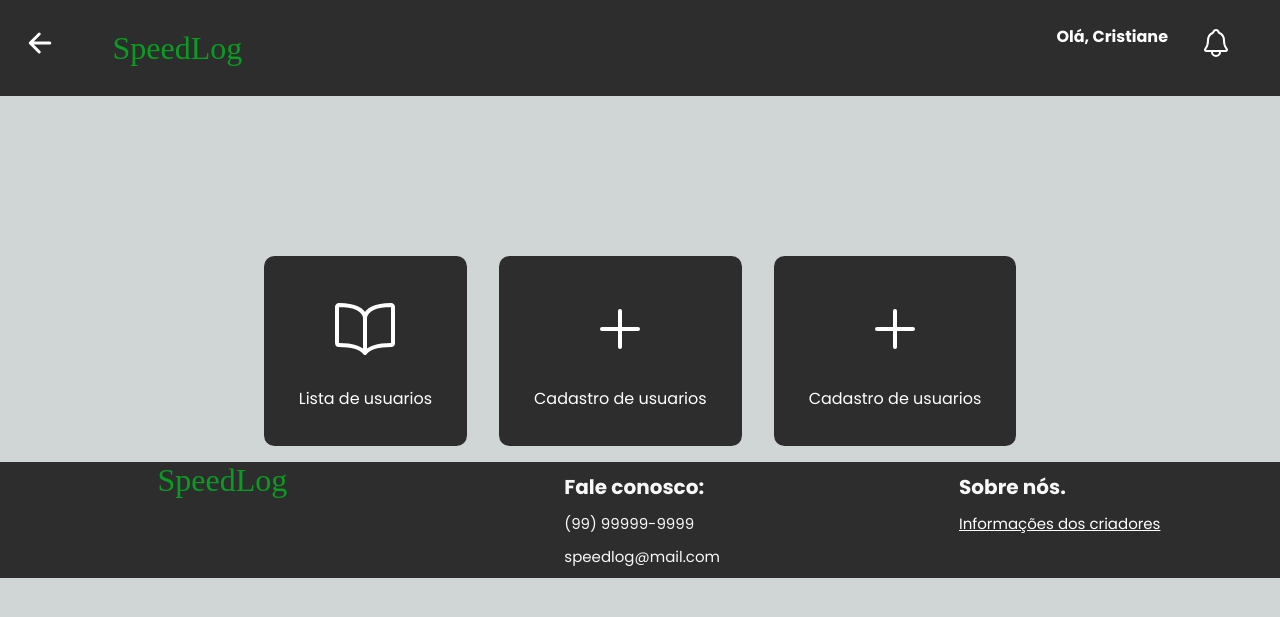
Repository: crisholiveira/speedlog
Page: http://localhost/usuarios/
These files come from the project's save history. The page is drawn as it stood at one moment and after the next save; the edit follows.
The browser window is 1280 px wide. The pictures show the whole page.
Some web fonts or font styles are not loaded; a fallback is used. The page is served by the project's Node server (app.js). Other server files are loaded and not shown.

Above is the page before, as saved 2022-02-02 21:02:08.

### views/usuarios.ejs
<%- include('./partials/header.ejs') %>

<link rel="stylesheet" href="/stylesheets/usuarios.css">
<body>

    <section>

        <div id="grandeCaixa">

            <div class="caixinha">
                <a href="#">
                    <ion-icon name="book-outline"></ion-icon>
                </a>
                <p>Lista de usuarios</p>
            </div>

            <div class="caixinha">
                <a href="/cadUsuario">
                    <ion-icon name="add-outline"></ion-icon>
                </a>
                <p>Cadastro de usuarios</p>
            </div>




            <div class="caixinha">
                <a href="/cadUsuario">
                    <ion-icon name="add-outline"></ion-icon>
                </a>
                <p>Cadastro de usuarios</p>
            </div>


        </div>

        <script type="module" src="https://unpkg.com/ionicons@5.5.2/dist/ionicons/ionicons.esm.js"></script>
    </section>


</body>

<%- include('./partials/footer.ejs') %>

### views/partials/header.ejs
<!DOCTYPE html>
<html lang="en">

<head>
    <meta charset="UTF-8">
    <meta http-equiv="X-UA-Compatible" content="IE=edge">
    <meta name="viewport" content="width=device-width, initial-scale=1.0">
    <link rel="stylesheet" href="/stylesheets/header.css">
    <title>SpeedLog</title>
</head>
<header>
    <div id="menu-header">
        <div class="header-container">
            <span class="icone-voltar"><a href="/home"><ion-icon name="arrow-back-outline"></ion-icon></a>

            </span>
            <span class="logo">SpeedLog</span>
            <span class="icone-notificacao">
                <ion-icon name="notifications-outline"></ion-icon>
            </span>
            <span class="bem-vindo">
                <h4>Olá, Cristiane</h4>
            </span>
        </div>
    </div>
</header>
<script type="module" src="https://unpkg.com/ionicons@5.5.2/dist/ionicons/ionicons.esm.js"></script>
<script nomodule src="https://unpkg.com/ionicons@5.5.2/dist/ionicons/ionicons.js"></script>

### views/partials/footer.ejs
<!DOCTYPE html>
<html lang="en">
<head>
    <meta charset="UTF-8">
    <meta http-equiv="X-UA-Compatible" content="IE=edge">
    <meta name="viewport" content="width=device-width, initial-scale=1.0">
    <title>Document</title>
    <link rel="stylesheet" href="/stylesheets/footer.css">
</head>

<footer>

    <div class="footer">

        <div class="caixa1">
            <span class="logo"> SpeedLog </span>
        </div>

        <div class="caixa2">

            <ul>
            <li class="titulo"><b>Fale conosco:</b> </li>
            <li >(99) 99999-9999</li>
            <li>speedlog@mail.com</li>
            </ul>

        </div>

        <div class='caixa3'>
            <ul>
                <li class="titulo"><b>Sobre nós.</b></li>
                <li><a href="#" style="color: white">Informações dos criadores</a></li>
            </ul>
        </div>


    </div>

</footer>

### app.js
var createError = require('http-errors');
var express = require('express');
var path = require('path');
var cookieParser = require('cookie-parser');
var logger = require('morgan');

var indexRouter = require('./routes/index');
var usersRouter = require('./routes/users');
var homeRouter = require('./routes/home');
var perfilRouter = require('./routes/perfil');
var requisicoesRouter = require('./routes/requisicoes');
var estoqueRouter = require('./routes/estoque');
var usuariosRouter = require('./routes/usuarios');
var produtosRouter = require('./routes/produtos');
var cadUsuarioRouter = require('./routes/cadUsuario');



var app = express();

// view engine setup
app.set('views', path.join(__dirname, 'views'));
app.set('view engine', 'ejs');

app.use(logger('dev'));
app.use(express.json());
app.use(express.urlencoded({ extended: false }));
app.use(cookieParser());
app.use(express.static(path.join(__dirname, 'public')));

app.use('/', indexRouter);
app.use('/users', usersRouter);
app.use('/home', homeRouter);
app.use('/perfil', perfilRouter);
app.use('/requisicoes', requisicoesRouter);
app.use('/estoque', estoqueRouter);
app.use('/usuarios', usuariosRouter);
app.use('/produtos', produtosRouter);
app.use('/cadUsuario', cadUsuarioRouter);


// catch 404 and forward to error handler
app.use(function(req, res, next) {
  next(createError(404));
});

// error handler
app.use(function(err, req, res, next) {
  // set locals, only providing error in development
  res.locals.message = err.message;
  res.locals.error = req.app.get('env') === 'development' ? err : {};

  // render the error page
  res.status(err.status || 500);
  res.render('error');
});

module.exports = app;

### controllers/usuariosController.js
const usuariosController = {
    index: (req, res) => {

        res.render('usuarios')
    }
}
module.exports = usuariosController

### public/stylesheets/header.css
@import url('https://fonts.googleapis.com/css2?family=Poppins:wght@100;200;300;400;500;600;700&display=swap');
@import url('https://fonts.googleapis.com/css2?family=Patrick+Hand&display=swap');

*{
    padding: 0;
    margin: 0;
    box-sizing: border-box;
    border: none;
    font-family: 'Poppins'
}

header {
    min-height: 10vh;
    background-color:#2d2d2d;

}

.header-container a {
    color: white;
}



.header-container {
    padding: 1.5rem;

}

.logo {
    color:#099c22;
    font-family: 'Patrick Hand', cursive;
    font-size: 2rem;
    padding: 3rem;

}


.icone-voltar {
    font-size: 2rem;
    color: white;



}

.icone-notificacao {
    font-size: 2rem;
    color: white;
    float: right;
    padding-right: 1.5rem;

}

.bem-vindo {
    color: white;
    float: right;

}
.bem-vindo h4 {
    padding-right: 2rem;
}
@media (max-width: 768px){
    .logo{
        display: none;
    }
}

### public/stylesheets/usuarios.css
@import url('https://fonts.googleapis.com/css2?family=Poppins:wght@100;200;300;400;500;600;700&display=swap');

*{
    padding: 0;
    margin: 0;
    box-sizing: border-box;
    border: none;
    font-family: 'Poppins';

}

body{
    background-color: rgb(208, 214, 214);
}

.caixinha{
        background-color:#2d2d2d;
        min-height: 20vh;
        min-width: 25vh;
        margin: 1rem;
        padding: 35px;
        border-radius: 10.5px;
        text-align: center;

}

p, a {
    color: white;

}

#grandeCaixa{
    display: flex;
    justify-content: center;
    margin-top: 20vh;
}

.caixinha a{
        font-size: 4rem;
}

### public/stylesheets/footer.css
*{
    padding: 0;
    margin: 0;
    box-sizing: border-box;
    border: none;
    font-family: 'Poppins'
}

footer{
    min-height: 10vh;
    background-color:#2d2d2d;
    color: rgb(248, 248, 248);
    bottom: 0;
    left: 0;
   /* position: fixed;*/
    width: 100%;
}

.logo{
    color:#099c22;
    font-family: 'Patrick Hand', cursive;
    font-size: 2rem;
    text-align: center;
}

ul{

    list-style: none;


}

li{
    margin: 10px;
    font-size: 15px;

}

.footer{
    display: flex;
    justify-content: space-around;


}

.titulo{
    font-size: 20px;
}

After the next save:
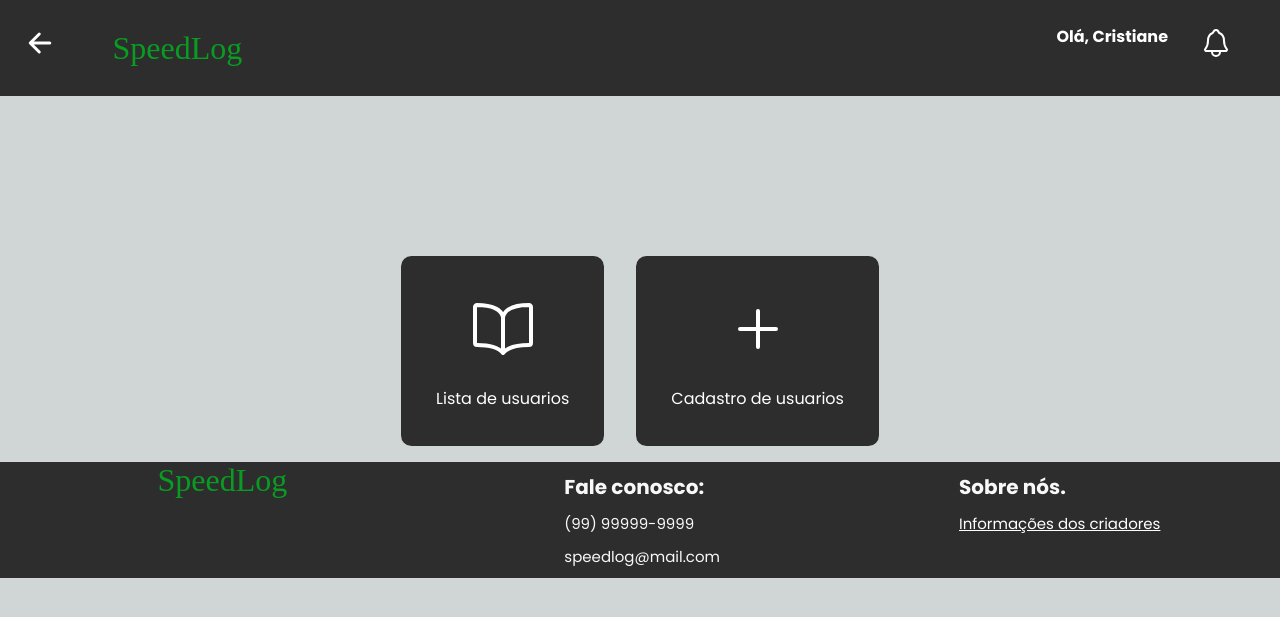
Saved 5 s later.
--- a/views/usuarios.ejs
+++ b/views/usuarios.ejs
@@ -22,16 +22,6 @@
             </div>
 
 
-
-
-            <div class="caixinha">
-                <a href="/cadUsuario">
-                    <ion-icon name="add-outline"></ion-icon>
-                </a>
-                <p>Cadastro de usuarios</p>
-            </div>
-
-
         </div>
 
         <script type="module" src="https://unpkg.com/ionicons@5.5.2/dist/ionicons/ionicons.esm.js"></script>
